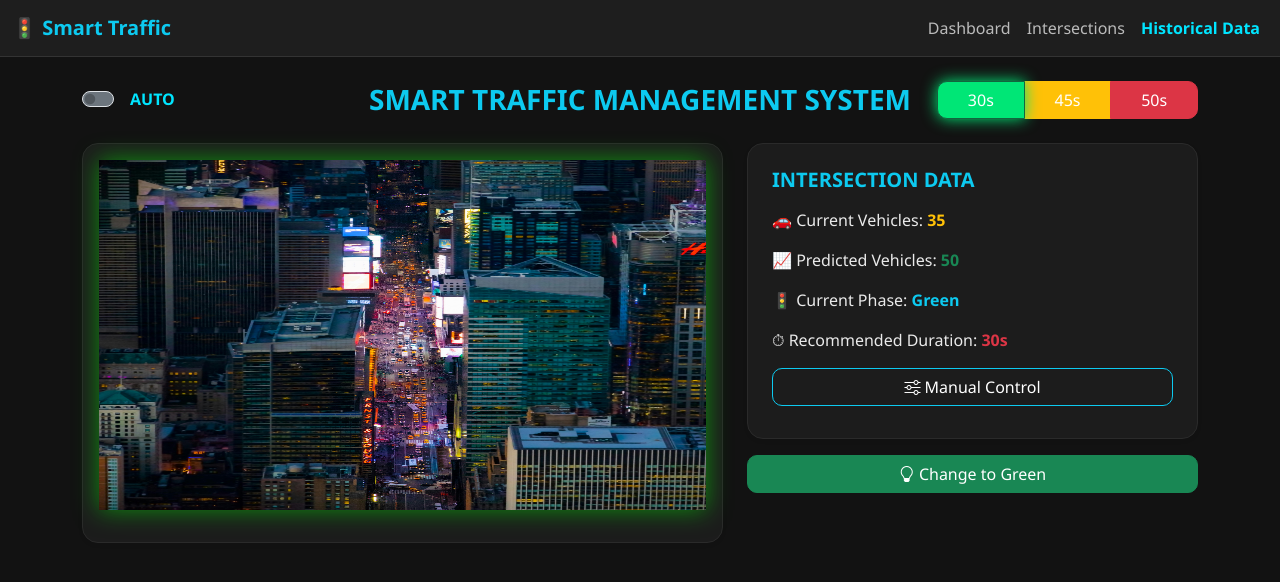
Repository: ayushkrpal/traffic-dashboard
Page: http://localhost/intersections
An editor plug-in stored every save of this project. The page is shown before and after a run of saves, followed by the edit.
The browser window is 1280 px wide. The pictures show the whole page.
The page is served by the project's Node server (server.js). Other server files are loaded and not shown.

Above is the page before, as saved 2025-09-02 15:43:39.

### views/intersections.ejs
<!DOCTYPE html>
<html lang="en">
<head>
  <meta charset="UTF-8">
  <title>Intersections</title>
  <link href="https://cdn.jsdelivr.net/npm/bootstrap@5.3.0/dist/css/bootstrap.min.css" rel="stylesheet">
  <link href="https://cdn.jsdelivr.net/npm/bootstrap-icons/font/bootstrap-icons.css" rel="stylesheet">

  <style>
    body {
      background-color: #121212;
      color: #eaeaea;  /* brighter text */
      font-family: 'Segoe UI', sans-serif;
    }

    /* Navbar */
    .navbar {
      background: #1e1e1e;
      border-bottom: 1px solid #333;
    }
    .navbar-brand {
      font-weight: bold;
    }
    .nav-link {
      color: #bbb !important;
      transition: color 0.2s ease;
    }
    .nav-link:hover {
      color: #00e5ff !important;
    }
    .nav-link.active {
      color: #00e5ff !important;
      font-weight: bold;
    }

    /* Cards */
    .card {
      background: #1c1c1c;
      border-radius: 16px;
      border: 1px solid #2a2a2a;
      box-shadow: 0 4px 20px rgba(0,0,0,0.7);
      color: #eaeaea;
    }

    /* Intersection image */
    .intersection-img img {
      max-height: 350px;
      filter: drop-shadow(0 0 12px rgba(0,255,0,0.5));
      transition: transform 0.3s ease;
    }
    .intersection-img img:hover {
      transform: scale(1.05);
    }

    /* Buttons */
    .btn-custom {
      border-radius: 10px;
      transition: all 0.3s ease;
      font-weight: 500;
      color: #fff !important;
    }
    .btn-custom:hover {
      transform: translateY(-2px);
      box-shadow: 0 6px 16px rgba(0,0,0,0.6);
    }

    /* Signal buttons */
    .btn-success.active {
      background: #00e676 !important;
      box-shadow: 0 0 15px #00e676;
    }
    .btn-warning.active {
      background: #ffc107 !important;   /* darker amber instead of bright yellow */
      color: #000 !important;
      box-shadow: 0 0 15px #ffc107;
    }
    .btn-danger.active {
      background: #ff1744 !important;
      box-shadow: 0 0 15px #ff1744;
    }

    /* Toggle label */
    #modeLabel {
      font-weight: bold;
    }
    #modeLabel.text-primary { color: #00e5ff !important; }
    #modeLabel.text-danger { color: #ff4081 !important; }
  </style>
</head>

<body>

  <!-- Navbar -->
  <nav class="navbar navbar-expand-lg navbar-dark">
    <div class="container-fluid">
      <a class="navbar-brand text-info" href="/">🚦 Smart Traffic</a>
      <button class="navbar-toggler" type="button" data-bs-toggle="collapse" data-bs-target="#navbarNav">
        <span class="navbar-toggler-icon"></span>
      </button>

      <div class="collapse navbar-collapse" id="navbarNav">
        <ul class="navbar-nav ms-auto">
          <li class="nav-item"><a class="nav-link" href="/">Dashboard</a></li>
          <li class="nav-item"><a class="nav-link" href="/intersections">Intersections</a></li>
          <li class="nav-item"><a class="nav-link active" href="/historical">Historical Data</a></li>
        </ul>
      </div>
    </div>
  </nav>

  <!-- Header Row -->
  <div class="container mt-4">
    <div class="row align-items-center mb-4">
      <!-- Left: Auto/Manual Toggle -->
      <div class="col-md-3 d-flex align-items-center">
        <div class="form-check form-switch">
          <input class="form-check-input bg-secondary" type="checkbox" role="switch" id="modeToggle">
          <label class="form-check-label ms-2" for="modeToggle"><span id="modeLabel" class="text-primary">AUTO</span></label>
        </div>
      </div>

      <!-- Center: Title -->
      <div class="col-md-6 text-center">
        <h3 class="fw-bold m-0 text-info">SMART TRAFFIC MANAGEMENT SYSTEM</h3>
      </div>

      <!-- Right: Signal Toggle Group -->
      <div class="col-md-3">
        <div class="btn-group w-100" role="group" aria-label="Signal Timing">
          <button type="button" class="btn btn-success btn-custom active" data-time="30">30s</button>
          <button type="button" class="btn btn-warning btn-custom" data-time="45">45s</button>
          <button type="button" class="btn btn-danger btn-custom" data-time="50">50s</button>
        </div>
      </div>
    </div>

    <!-- Content Row -->
    <div class="row">
      <!-- Left intersection graphic -->
      <div class="col-md-7">
        <div class="card p-3 text-center shadow-sm intersection-img">
          <img src="/pic/pic2.jpg"
               alt="intersection" class="img-fluid mb-3">
        </div>
      </div>

      <!-- Right intersection data -->
      <div class="col-md-5">
        <div class="card p-4 mb-3 shadow-sm">
          <h5 class="fw-bold mb-3 text-info">INTERSECTION DATA</h5>
          <p>🚗 Current Vehicles: <span class="text-warning fw-bold"><%= currentVehicles %></span></p>
          <p>📈 Predicted Vehicles: <span class="text-success fw-bold"><%= predictedVehicles %></span></p>
          <p>🚦 Current Phase: <span class="text-info fw-bold"><%= currentPhase %></span></p>
          <p>⏱ Recommended Duration: <span class="text-danger fw-bold"><%= duration %>s</span></p>
          <button class="btn btn-outline-info w-100 btn-custom mb-2">
            <i class="bi bi-sliders"></i> Manual Control
          </button>
        </div>
        <button class="btn btn-success w-100 btn-custom">
          <i class="bi bi-lightbulb"></i> Change to Green
        </button>
      </div>
    </div>
  </div>

  <!-- Bootstrap JS -->
  <script src="https://cdn.jsdelivr.net/npm/bootstrap@5.3.0/dist/js/bootstrap.bundle.min.js"></script>

  <!-- Custom Script -->
  <script>
    const modeToggle = document.getElementById("modeToggle");
    const modeLabel = document.getElementById("modeLabel");

    modeToggle.addEventListener("change", () => {
      if (modeToggle.checked) {
        modeLabel.textContent = "MANUAL";
        modeLabel.classList.add("text-danger");
        modeLabel.classList.remove("text-primary");
      } else {
        modeLabel.textContent = "AUTO";
        modeLabel.classList.add("text-primary");
        modeLabel.classList.remove("text-danger");
      }
    });

    const signalButtons = document.querySelectorAll(".btn-group button");

    signalButtons.forEach(btn => {
      btn.addEventListener("click", () => {
        signalButtons.forEach(b => b.classList.remove("active"));
        btn.classList.add("active");

        const selectedTime = btn.getAttribute("data-time");
        console.log("⏱ Selected duration:", selectedTime + "s");
      });
    });
  </script>
</body>
</html>

### server.js
const express = require("express");
const app = express();

const path = require("path");

//sokcket io runs only on http server
//SOCKET-IO

const http=require('http');

const socketio=require('socket.io');

const server  = http.createServer(app);

const io = socketio(server);



//mongoose setup
const mongoose = require("mongoose");

// Import model
const IntersectionModel = require("./models/intersection");

// EJS setup
app.set("view engine", "ejs");
app.set("views", path.join(__dirname, "views"));



// Static files
app.use(express.static(path.join(__dirname, "public")));




io.on("connection", (socket) => {
  console.log("Client connected");

  // Client asks for data of a clicked intersection
  socket.on("getIntersectionData", (id) => {
    const fakeData = {
      id,
      name: id === 1 ? "Park Street" : id === 2 ? "Howrah Bridge" : "Salt Lake",
      currentVehicles: Math.floor(Math.random() * 50),
      predictedVehicles: Math.floor(Math.random() * 60),
      currentPhase: ["RED", "GREEN", "YELLOW"][Math.floor(Math.random() * 3)],
      duration: Math.floor(Math.random() * 60)
    };
    socket.emit("intersectionData", fakeData);
  });

  // Manual signal control
    socket.on("changeSignal", ({ id, color }) => {
    console.log(`Intersection ${id} changed to ${color}`);
    // TODO: later update database/ML/device here
  });
});


// Connect to MongoDB
mongoose.connect("mongodb://127.0.0.1:27017/traffic")
  .then(() => console.log("Connected to MongoDB"))
  .catch(err => console.error("MongoDB connection error:", err));


// ---------------- Routes ----------------

// Dashboard (Map)
app.get("/", async (req, res) => {
    res.render("index");

});

// Seed test data
app.get("/seed", async (req, res) => {
  try {
    await IntersectionModel.create([
      { id: 1, name: "Intersection A", lat: 28.61, lng: 77.21, status: "normal", volume: 1200, avgDelay: 30 },
      { id: 2, name: "Intersection B", lat: 28.62, lng: 77.22, status: "congested", volume: 2500, avgDelay: 90 }
    ]);
    res.send("Seeded sample data!");
  } catch (err) {
    console.error("Error seeding data:", err);
    res.status(500).send("Error seeding data");
  }
});

// Historical chart page
app.get("/historical", (req, res) => {
  res.render("historical", {
    labels: ["6 AM", "9 AM", "12 PM", "3 PM", "6 PM"],
    data: [50, 120, 90, 200, 150, 180],
    averageVehicles: 360,
    avgTime: "03:15"
  });
});


// Intersection details (example page)
app.get("/intersections", (req, res) => {
  res.render("intersections", {
    currentVehicles: 35,
    predictedVehicles: 50,
    currentPhase: "Green",
    duration: 30
  });
});

// ---------------- Start Server ----------------
server.listen(3000, () => {
  console.log("Server running at http://localhost:3000");
});

After the next 2 saves:
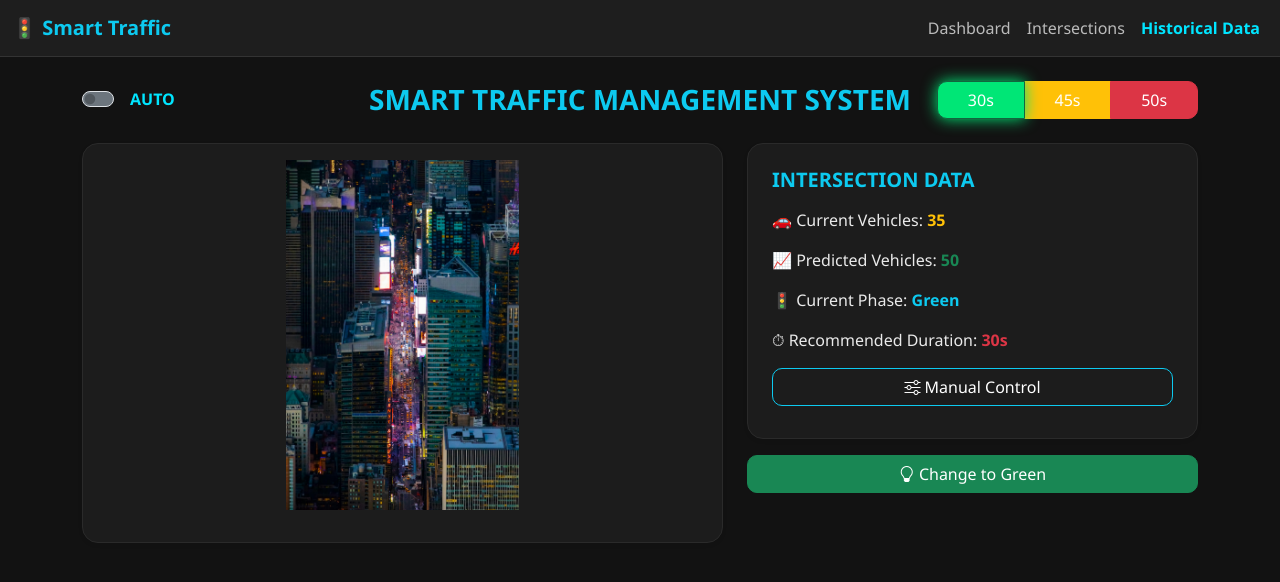
The 2 saves are shown as one change because they came seconds apart.
The last was saved 2 min 5 s later.
--- a/views/intersections.ejs
+++ b/views/intersections.ejs
@@ -43,14 +43,17 @@
     }
 
     /* Intersection image */
-    .intersection-img img {
-      max-height: 350px;
-      filter: drop-shadow(0 0 12px rgba(0,255,0,0.5));
-      transition: transform 0.3s ease;
-    }
-    .intersection-img img:hover {
-      transform: scale(1.05);
-    }
+   .intersection-img img {
+  max-height: 350px;
+  width: 100%;         /* make it responsive */
+  height: auto;        /* maintain aspect ratio */
+  object-fit: contain; /* prevent stretching/cropping */
+  transition: transform 0.3s ease;
+}
+.intersection-img img:hover {
+  transform: scale(1.02); /* subtle zoom on hover */
+}
+
 
     /* Buttons */
     .btn-custom {
